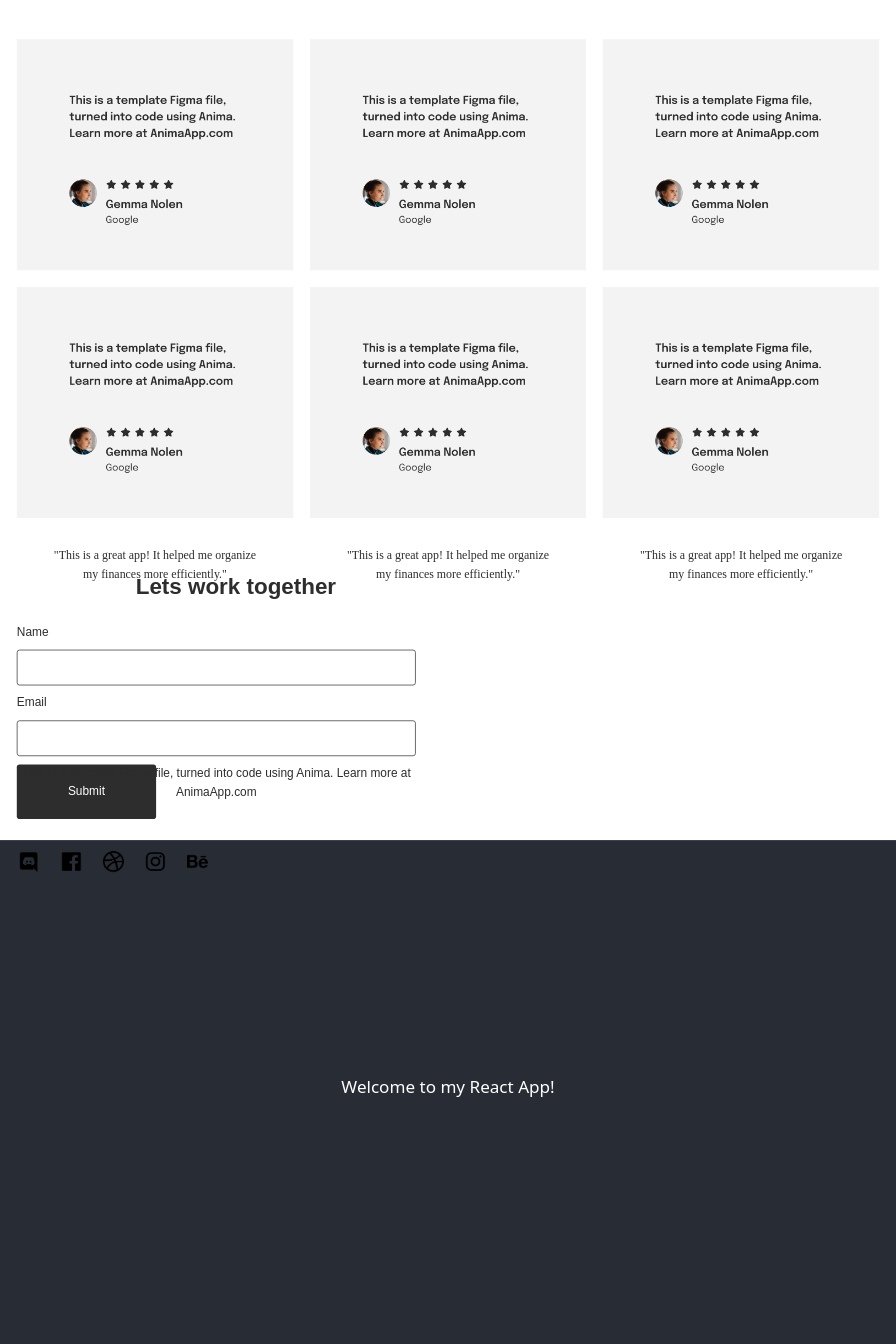
Repository: nida463/project-portofolio
Page: /
These files come from the project's save history. The page is drawn as it stood at one moment and after a run of saves; the edit follows.
The browser window is 1280 px wide. The pictures show the part of the page from y = 2193 to 4113 px (the page is 4113 px tall), at 70% of full size.
The project was rebuilt for these pictures with package versions that can differ from the ones it lists, and the page was loaded fresh each time.

Above is the page before, as saved 2024-09-18 11:38:45.

### src/App.js
import React from 'react';
import './App.css';
import Navbar from './Components/Navbar';  // Mengimpor komponen Navbar
import Header from './Components/Header';  // Mengimpor komponen Header
import Logo from './Components/Logo';  // Mengimpor komponen Logo
import Skills from './Components/Skills';  // Mengimpor komponen Skills
import Gallery from './Components/Gallery';  // Import Gallery
import Testimonial from './Components/Testimonial'; // Import testimonial
import Contact from './Components/Contact'; // Pastikan path sesuai dengan lokasi Contact.js

function App() {
  return (
    <div className="App">
      <Navbar />  {/* Panggil komponen Navbar */}
      <Header />  {/* Panggil komponen Header */}
      <Logo />  {/* Panggil komponen Logo */}
      <Skills />  {/* Panggil komponen Skills */}
      <Gallery />  {/* Tambahkan komponen Gallery */}
      <Testimonial /> {/* Tambahkan Testimonial di bawah gallery */}
      <Contact/> {/* Tambahkan Testimonial di bawah gallery */}

      <header className="App-header">
        <p>
          Welcome to my React App! {/* Ini hanya contoh konten */}
        </p>
      </header>
    </div>
  );
}

export default App;

### src/Components/Navbar.js
import React from 'react';
import './Navbar.css'; // Mengimpor file CSS untuk Navbar

const Navbar = () => {
  return (
    <nav className="navbar">
      {/* Logo di sebelah kiri */}
      <div className="logo">Logo</div>

      {/* Menu di sebelah kanan */}
      <div className="menu-items">
        <a href="#about">About</a>
        <a href="#work">Work</a>
        <a href="#contact">Contact</a>
      </div>
    </nav>
  );
};

export default Navbar;

### src/Components/Header.js
import React from 'react';
import './Header.css';  // Mengimpor CSS untuk styling

const Header = () => {
  return (
    <div className="header">
      <div className="header-content">
        <div className="title-subtitle">
          <h1>Branding | Image making</h1>
        </div>
        <div className="visual-designer">
          <h2>Visual Designer</h2>
        </div>
        <div className="additional-content">
          <p>This is a template Figma file, turned into code using Anima. Learn more at AnimaApp.com</p>
        </div>
        <button className="header-button">Contact</button>
      </div>
      <div className="header-image">
        <img src="/img/header.png" alt="Header Visual" />
      </div>
    </div>
  );
};

export default Header;

### src/Components/Logo.js
import React from 'react';
import './Logo.css';  // Mengimpor CSS untuk styling

const Logo = () => {
  return (
    <div className="logo-bar">
      <div className="logo">
        <img src="/img/Google.png" alt="Google Logo" />
      </div>
      <div className="logo">
        <img src="/img/Nike.png" alt="Nike Logo" />
      </div>
      <div className="logo">
        <img src="/img/Samsung.png" alt="Samsung Logo" />
      </div>
      <div className="logo">
        <img src="/img/Apple.png" alt="Apple Logo" />
      </div>
      <div className="logo">
        <img src="/img/Adidas.png" alt="Adidas Logo" />
      </div>
    </div>
  );
};

export default Logo;

### src/Components/Skills.js
import React from 'react';
import './Skills.css';

const Skills = () => {
  return (
    <div className="skills-section">
      <div className="skills-container">
        {/* Skill Card 1 */}
        <div className="skills-card">
          <div className="skills-icon">
            <img src="/img/Productimage.png" alt="Product Design Icon" />
          </div>
          <div className="skills-content">
            <h3 className="skills-title">Productimage</h3>
            <p className="skills-subtitle">
              This is a template Figma file, turned into code using Anima. Learn more at AnimaApp.com
            </p>
          </div>
        </div>

        {/* Skill Card 2 */}
        <div className="skills-card">
          <div className="skills-icon">
            <img src="/img/VisualDesign.png" alt="Visual Design Icon" />
          </div>
          <div className="skills-content">
            <h3 className="skills-title">Visual Design</h3>
            <p className="skills-subtitle">
              Designing visuals for digital interfaces with creativity and precision.
            </p>
          </div>
        </div>

        {/* Skill Card 3 */}
        <div className="skills-card">
          <div className="skills-icon">
            <img src="/img/ArtDirection.png" alt="Art Direction Icon" />
          </div>
          <div className="skills-content">
            <h3 className="skills-title">Art Direction</h3>
            <p className="skills-subtitle">
              Guiding visual creativity for compelling visual narratives.
            </p>
          </div>
        </div>
      </div>
    </div>
  );
};

export default Skills;

### src/Components/Gallery.js
import React from 'react';
import './Gallery.css';

const Gallery = () => {
  return (
    <div className="gallery-container">
      <h2 className="latest-work">Latest work</h2> {/* Judul di atas gallery */}
      <div className="gallery-section">
        {[
          { id: 1, title: 'Project title ', subtitle: 'UI, Art Direction', image: '/img/Image1.png' },
          { id: 2, title: 'Project title ', subtitle: 'UI, Art Direction', image: '/img/Image2.png' },
          { id: 3, title: 'Project title ', subtitle: 'UI, Art Direction', image: '/img/Image3.png' },
          { id: 4, title: 'Project title ', subtitle: 'UI, Art Direction', image: '/img/Image4.png' },
          { id: 5, title: 'Project title ', subtitle: 'UI, Art Direction', image: '/img/Image5.png' },
          { id: 6, title: 'Project title ', subtitle: 'UI, Art Direction', image: '/img/Image6.png' }
        ].map((item) => (
          <div key={item.id} className="gallery-card">
            <img src={item.image} alt={item.title} className="gallery-image" />
            <div className="gallery-text">
              <h3>{item.title}</h3> {/* Title per card */}
              <p>{item.subtitle}</p> {/* Subtitle per card */}
            </div>
          </div>
        ))}
      </div>
    </div>
  );
};

export default Gallery;

### src/Components/Testimonial.js
import React from 'react';
import './Testimonial.css';

const Testimonial = () => {
  return (
    <div className="testimonial-section">
      <h2 className="testimonial-title">Testimonial</h2>
      <div className="testimonial-cards">
        {[...Array(6)].map((_, index) => (
          <div key={index} className="testimonial-card">
            <img src="img/testimonial.png" alt="Testimonial" className="testimonial-image" />
            <p className="testimonial-text">
              "This is a great app! It helped me organize my finances more efficiently."
            </p>
          </div>
        ))}
      </div>
    </div>
  );
};

export default Testimonial;

### src/Components/Contact.js
// src/components/Contact.js
import React from 'react';
import './Contact.css'; // Import CSS untuk Contact

const Contact = () => {
  return (
    <section className="contact-section">
      <h2 className="contact-title">Lets work together</h2>
      <div className="contact-content">
        <div className="contact-info">
          <div className="contact-form">
            <label htmlFor="name">Name</label>
            <input type="text" id="name" name="name" required />

            <label htmlFor="email">Email</label>
            <input type="email" id="email" name="email" required />

            <button type="submit" className="contact-button">Submit</button>
          </div>
          <div className="social-links">
            <img src="/img/discord.png" alt="Discord" className="social-icon" />
            <img src="/img/facebook.png" alt="Facebook" className="social-icon" />
            <img src="/img/dribble.png" alt="Dribble" className="social-icon" />
            <img src="/img/instagram.png" alt="Instagram" className="social-icon" />
            <img src="/img/behance.png" alt="Behance" className="social-icon" />
          </div>
        </div>
        <p className="contact-description">
          This is a template Figma file, turned into code using Anima. Learn more at AnimaApp.com
        </p>
      </div>
    </section>
  );
};

export default Contact;

### src/Components/Navbar.css
/* Navigation Bar */
.navbar {
    display: flex;
    flex-direction: row;
    justify-content: space-between;
    align-items: center;
    padding: 24px 42px;
    gap: 24px;

    width: 1280px;
    height: 78px;

    background: #FFFFFF;
  }

  /* Logo di kiri */
  .logo {
    width: 49px;
    height: 30px;
    font-size: 24px;
    font-weight: 600;
    color: #000000;
  }

  /* Menu Items di kanan */
  .menu-items {
    display: flex;
    flex-direction: row;
    justify-content: flex-end;
    align-items: flex-start;
    gap: 24px;

    width: 209px;
    height: 27px;
  }

  /* Link untuk setiap menu item */
  .menu-items a {
    font-size: 18px;
    font-weight: 400;
    color: #000000;
    text-decoration: none;
  }

  .menu-items a:hover {
    color: #444444;
  }

### src/Components/Header.css
/* General styles for the header */
.header {
    width: 1280px; /* Fill width */
    height: auto; /* Hug height */
    padding: 42px 24px;
    display: flex;
    justify-content: space-between; /* Content and image on both ends */
    gap: 68px;
    background-color: #FFFFFF;
    opacity: 1;
  }

  /* Header content styling */
  .header-content {
    width: 620px; /* Fixed width for content */
    height: auto; /* Hug height */
    display: flex;
    flex-direction: column;
    gap: 48px;
  }

  /* Title and Subtitle styling */
  .title-subtitle {
    width: 620px;
    height: 30px;
    font-family: Epilogue, sans-serif;
    font-size: 20px;
    font-weight: 600;
    line-height: 30px;
    text-align: left;
  }

  .visual-designer {
    width: 620px;
    font-family: Epilogue, sans-serif;
    font-size: 68px;
    font-weight: 600;
    line-height: 69.7px;
    text-align: left;
  }

  .additional-content {
    width: 620px;
    font-family: Epilogue, sans-serif;
    font-size: 17px;
    font-weight: 400;
    text-align: left;
  }

  /* Button styling */
  .header-button {
    padding: 24px 64px;
    font-family: Epilogue, sans-serif;
    font-size: 20px;
    font-weight: 600;
    text-align: center;
    background-color: #2D2D2D;
    color: #FFFFFF;
    border: none;
    cursor: pointer;
    width: 211px;
    height: 78px;
  }

  .header-button:hover {
    background-color:
      #444444;
  }

  /* Header image styling */
  .header-image {
    width: 480px;
    height: 360px;
  }

  .header-image img {
    width: 100%;
    height: 100%;
    object-fit: cover;
  }

### src/Components/Logo.css
/* Logo Bar */
.logo-bar {
    display: flex;
    flex-direction: row;
    flex-wrap: wrap;
    justify-content: space-between;
    align-items: center;
    align-content: flex-start;
    padding: 42px 68px;
    gap: 68px 86px;

    width: 1280px;
    height: 130.83px;

    background: #FFFFFF;
  }

  /* Styling untuk setiap logo */
  .logo {
    display: flex;
    justify-content: center;
    align-items: center;
    width: auto;
    height: auto;
    padding: 0px; /* Tidak ada padding di dalam logo */
  }

  /* Ukuran spesifik untuk logo */
  .logo img {
    width: 116.07px;
    height: 38.21px;
    object-fit: contain; /* Menjaga aspek rasio gambar */
  }

### src/Components/Skills.css
/* Section styling */
.skills-section {
    display: flex;
    flex-direction: column;
    align-items: center;
    padding: 42px 24px;
    gap: 42px;
    width: 1280px;
    height: auto;
    background: #FFFFFF;
  }

  .section-title {
    font-size: 32px;
    font-weight: 700;
  }

  /* Cards container styling */
  .skills-container {
    display: flex;
    flex-wrap: wrap;
    align-items: flex-start;
    gap: 24px;
    width: 1232px;
    height: 429px;
  }

  /* Individual card styling */
  .skills-card {
    display: flex;
    flex-direction: column;
    justify-content: center;
    align-items: center;
    padding: 64px 42px;
    gap: 42px;
    width: 394.67px;
    height: 429px;
    background: #FFFFFF;
    box-shadow: 0px 4px 16px rgba(0, 0, 0, 0.1);
    border-radius: 8px;
  }

  /* Icon styling */
  .skills-icon img {
    width: 124px;
    height: 124px;
    object-fit: contain;
  }

  /* Title styling */
  .skills-title {
    font-size: 24px;
    font-weight: 600;
    text-align: center;
  }

  /* Subtitle styling */
  .skills-subtitle {
    font-size: 16px;
    text-align: center;
  }

### src/Components/Gallery.css
/* Container untuk Gallery */
.gallery-container {
    display: flex;
    flex-direction: column;
    align-items: center;
    padding: 0;
    gap: 32px; /* Jarak antara judul dan gallery */
    width: 100%;
}

/* Latest work */
.latest-work {
    width: 191px;
    height: 42px;
    font-family: 'Epilogue';
    font-style: normal;
    font-weight: 600;
    font-size: 32px;
    line-height: 42px;
    text-align: center;
    color: #2D2D2D;
}

/* Gallery Section */
.gallery-section {
    display: flex;
    flex-direction: row;
    flex-wrap: wrap;
    justify-content: space-between;
    align-items: flex-start;
    padding: 0px;
    gap: 24px;
    width: 1232px;
    height: auto;
}

/* Gallery Card */
.gallery-card {
    display: flex;
    flex-direction: column;
    align-items: flex-start;
    padding: 0px;
    gap: 24px;
    width: 394.67px;
    height: 419px;
    flex: none;
    order: 0;
    flex-grow: 1;
}

/* Gallery Image */
.gallery-image {
    width: 100%;
    height: auto;
    object-fit: cover;
}

/* Title & Description */
.gallery-text {
    display: flex;
    flex-direction: column;
    align-items: flex-start;
    padding: 0px;
    gap: 8px;
    width: 394.67px;
    height: 65px;
    flex: none;
    order: 1;
    align-self: stretch;
    flex-grow: 0;
}

/* Project Title */
.gallery-text h3 {
    width: 394.67px;
    height: 30px;
    font-family: 'Epilogue';
    font-style: normal;
    font-weight: 600;
    font-size: 20px;
    line-height: 30px;
    color: #2D2D2D;
}

/* Subtitle */
.gallery-text p {
    width: 394.67px;
    height: 27px;
    font-family: 'Epilogue';
    font-style: normal;
    font-weight: 400;
    font-size: 17px;
    line-height: 27px;
    color: #2D2D2D;
}

### src/Components/Testimonial.css
/* Testimonial Section */
.testimonial-section {
    display: flex;
    flex-direction: column;
    align-items: center;
    padding: 42px 24px;
    gap: 42px;
    width: 1280px;
    height: 852px;
    background: #FFFFFF;
    flex: none;
    order: 5;
    align-self: stretch;
    flex-grow: 0;
}

/* Testimonial Title */
.testimonial-title {
    width: 186px;
    height: 42px;
    font-family: 'Epilogue';
    font-style: normal;
    font-weight: 600;
    font-size: 32px;
    line-height: 42px;
    text-align: center;
    color: #2D2D2D;
    flex: none;
    order: 0;
    flex-grow: 0;
}

/* Cards Section */
.testimonial-cards {
    display: flex;
    flex-direction: row;
    flex-wrap: wrap;
    align-items: flex-start;
    align-content: flex-start;
    padding: 0px;
    gap: 24px;
    width: 1232px;
    height: 684px;
    flex: none;
    order: 1;
    align-self: stretch;
    flex-grow: 0;
}

/* Testimonial Card */
.testimonial-card {
    display: flex;
    flex-direction: column;
    align-items: flex-start;
    padding: 42px;
    gap: 68px;
    width: 394.67px;
    min-width: 320px;
    height: 330px;
    background: #F3F3F3;
    flex: none;
    order: 0;
    flex-grow: 1;
}

/* Testimonial Image */
.testimonial-image {
    width: 100%;
    height: auto;
    object-fit: cover;
}

/* Testimonial Text */
.testimonial-text {
    font-family: 'Epilogue';
    font-style: normal;
    font-weight: 400;
    font-size: 17px;
    line-height: 27px;
    color: #2D2D2D;
    flex: none;
    order: 1;
    align-self: stretch;
    flex-grow: 0;
}

### src/Components/Contact.css
/* src/components/Contact.css */

/* Contact Section */
.contact-section {
    display: flex;
    flex-direction: column;
    align-items: flex-start;
    padding: 42px 24px 86px;
    gap: 24px;
    width: 1280px;
    height: 426px;
    background: #FFFFFF;
  }

  /* Lets work together */
  .contact-title {
    width: 626px;
    height: 42px;
    font-family: 'Epilogue', sans-serif;
    font-style: normal;
    font-weight: 600;
    font-size: 32px;
    line-height: 42px;
    color: #2D2D2D;
  }

  /* Contact Content */
  .contact-content {
    display: flex;
    flex-direction: row;
    flex-wrap: wrap;
    align-items: flex-start;
    align-content: flex-start;
    padding: 0px;
    gap: 42px 142px;
    width: 1232px;
    height: 232px;
  }

  /* Contact Info */
  .contact-info {
    display: flex;
    flex-direction: column;
    align-items: flex-start;
    padding: 0px;
    gap: 42px;
    width: 570px;
    min-width: 320px;
    height: 159px;
  }

  /* Contact Form */
  .contact-form {
    display: flex;
    flex-direction: column;
    align-items: flex-start;
    padding: 0px;
    gap: 12px;
    width: 100%;
    height: auto;
  }

  .contact-form label {
    font-family: 'Epilogue', sans-serif;
    font-style: normal;
    font-weight: 400;
    font-size: 17px;
    color: #2D2D2D;
  }

  .contact-form input {
    width: 100%;
    padding: 12px;
    border: 1px solid #2D2D2D;
    border-radius: 4px;
    font-family: 'Epilogue', sans-serif;
    font-size: 17px;
  }

  .contact-button {
    display: flex;
    flex-direction: row;
    justify-content: center;
    align-items: center;
    padding: 24px 64px;
    gap: 10px;
    width: 199px;
    height: 78px;
    background: #2D2D2D;
    color: #FFFFFF;
    border: none;
    border-radius: 4px;
    font-family: 'Epilogue', sans-serif;
    font-size: 17px;
    cursor: pointer;
  }

  .contact-button:hover {
    background: #1a1a1a;
  }

  /* Social Links */
  .social-links {
    display: flex;
    flex-direction: row;
    align-items: flex-start;
    padding: 0px;
    gap: 24px;
    width: 100%;
    height: auto;
  }

  .social-icon {
    width: 36px;
    height: 36px;
  }

  /* Contact Description */
  .contact-description {
    width: 570px;
    height: 81px;
    font-family: 'Epilogue', sans-serif;
    font-style: normal;
    font-weight: 400;
    font-size: 17px;
    line-height: 27px;
    color: #2D2D2D;
  }

Loaded but not shown: public/index.html (common file); src/index.js (common file); src/index.css (common file); src/reportWebVitals.js (common file); src/App.css (common file)

After the next 2 saves:
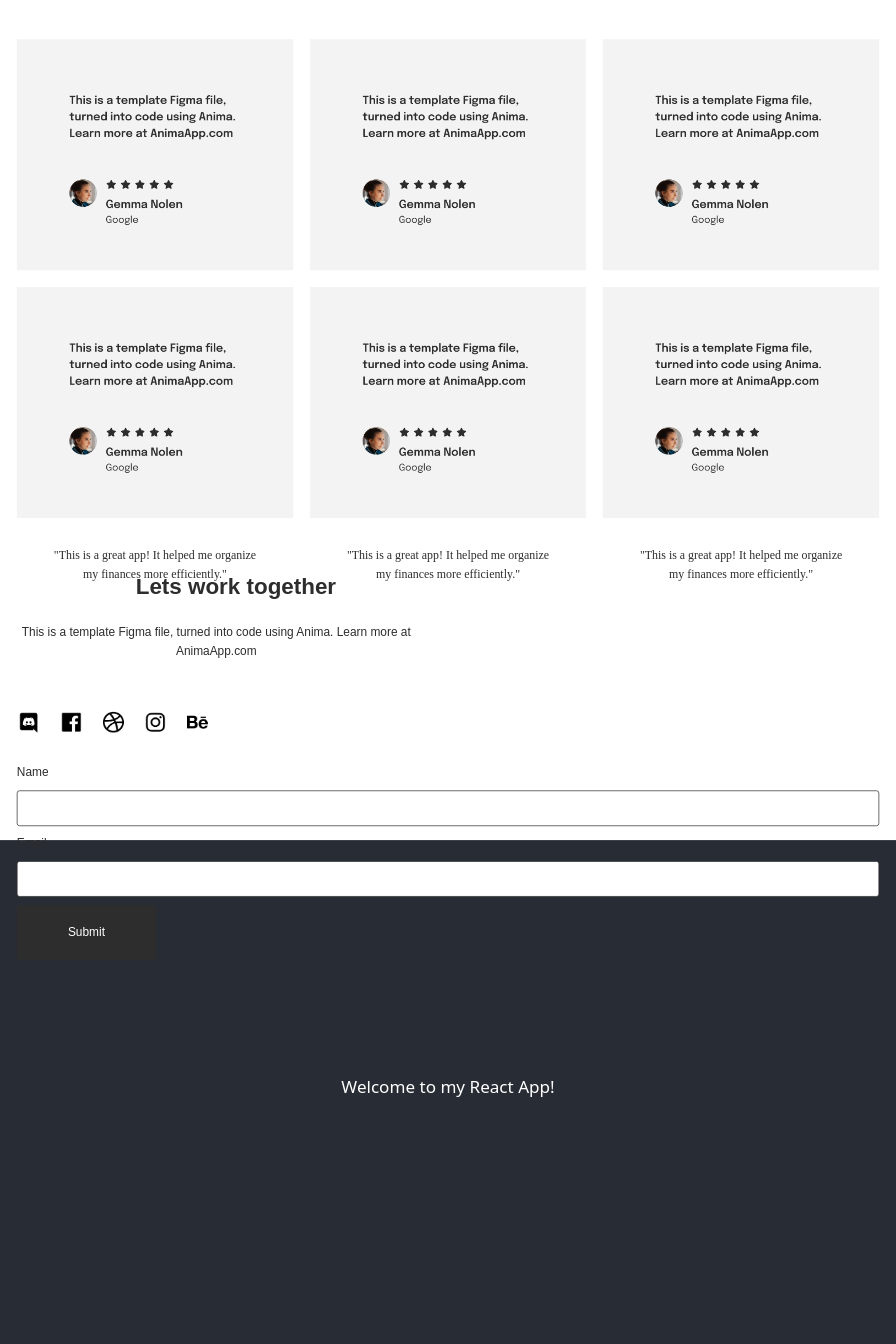
The 2 saves are shown as one change because they came seconds apart.
The last was saved 81 s later.
--- a/src/Components/Contact.js
+++ b/src/Components/Contact.js
@@ -8,15 +8,9 @@
       <h2 className="contact-title">Lets work together</h2>
       <div className="contact-content">
         <div className="contact-info">
-          <div className="contact-form">
-            <label htmlFor="name">Name</label>
-            <input type="text" id="name" name="name" required />
-
-            <label htmlFor="email">Email</label>
-            <input type="email" id="email" name="email" required />
-
-            <button type="submit" className="contact-button">Submit</button>
-          </div>
+          <p className="contact-description">
+            This is a template Figma file, turned into code using Anima. Learn more at AnimaApp.com
+          </p>
           <div className="social-links">
             <img src="/img/discord.png" alt="Discord" className="social-icon" />
             <img src="/img/facebook.png" alt="Facebook" className="social-icon" />
@@ -25,9 +19,15 @@
             <img src="/img/behance.png" alt="Behance" className="social-icon" />
           </div>
         </div>
-        <p className="contact-description">
-          This is a template Figma file, turned into code using Anima. Learn more at AnimaApp.com
-        </p>
+        <div className="contact-form">
+          <label htmlFor="name">Name</label>
+          <input type="text" id="name" name="name" required />
+
+          <label htmlFor="email">Email</label>
+          <input type="email" id="email" name="email" required />
+
+          <button type="submit" className="contact-button">Submit</button>
+        </div>
       </div>
     </section>
   );
